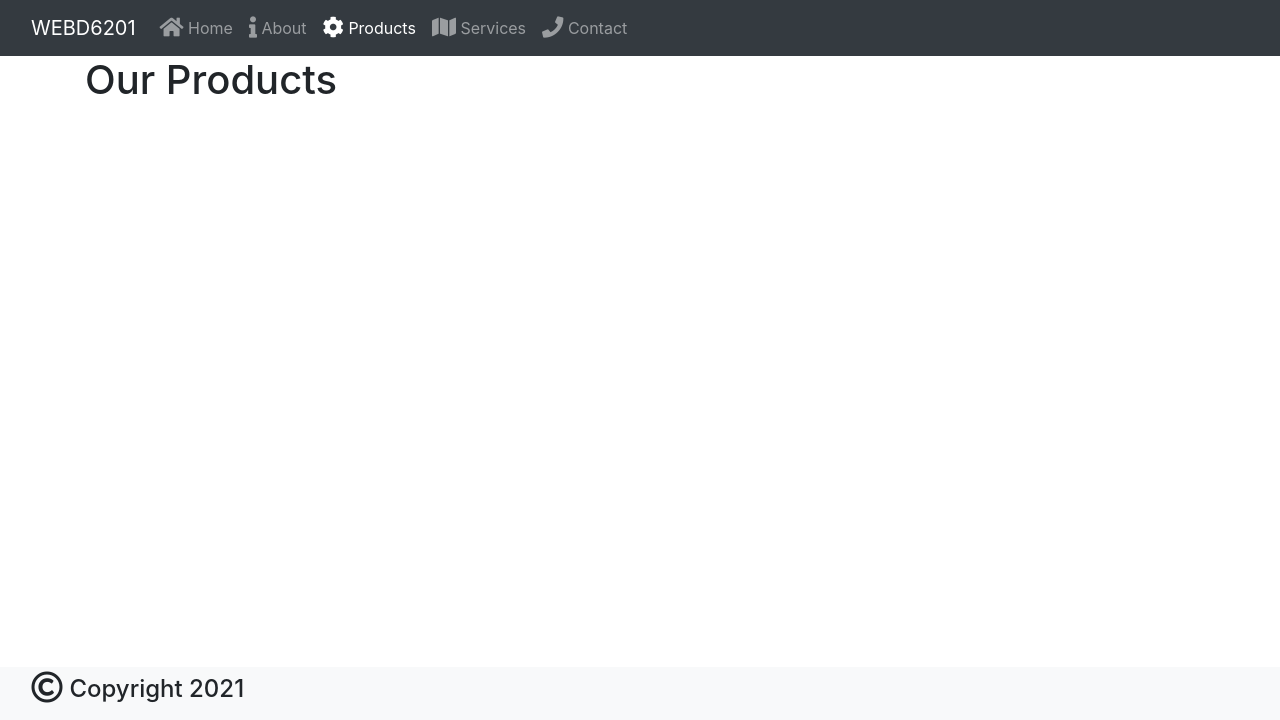
Repository: aaron33aaron/WEBD6201-W2021
Page: projects.html
These files come from the project's save history. The page is drawn as it stood at one moment and after the next save; the edit follows.
The browser window is 1280 px wide. The pictures show the whole page.

Above is the page before, as saved 2021-01-22 20:05:16.
Console error: TypeError: Cannot set properties of null (setting 'textContent')

After the next save:
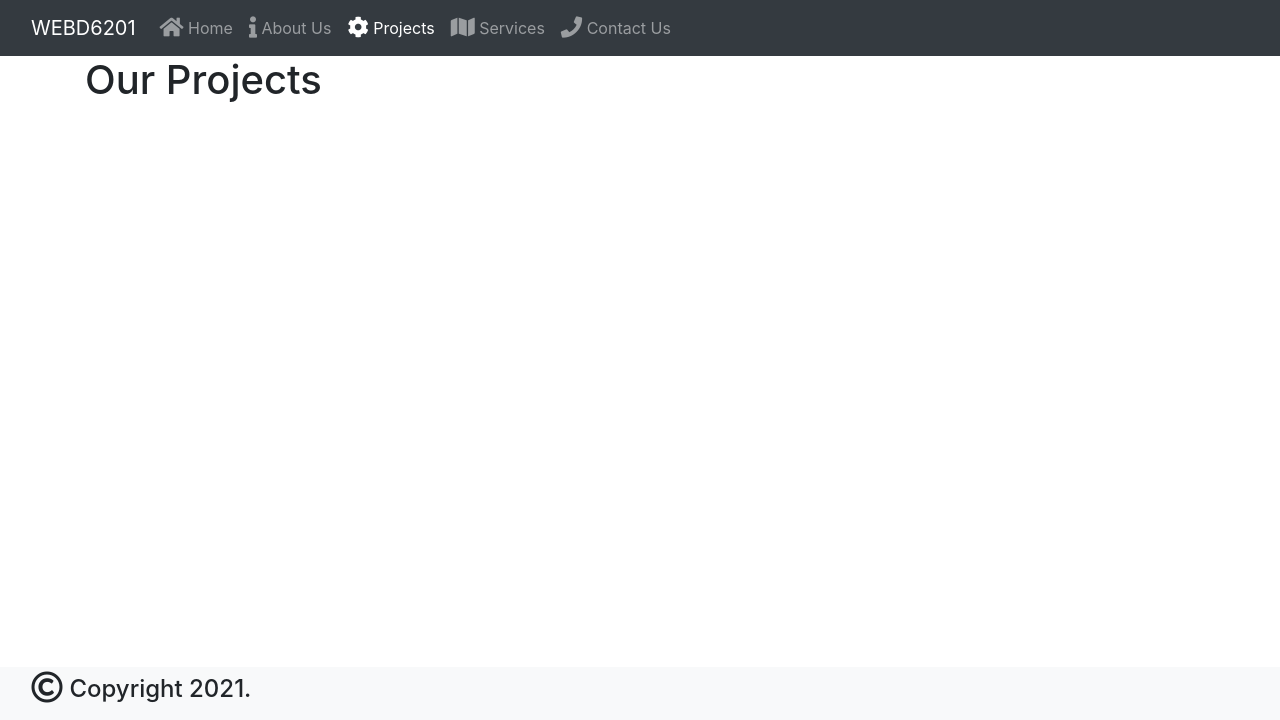
Saved 5 min 50 s later.
--- a/projects.html
+++ b/projects.html
@@ -8,66 +8,64 @@
 <head>
     <meta charset="UTF-8">
     <meta name="viewport" content="width=device-width, initial-scale=1.0">
-    <title>Products</title>
-
+    <title>Projects</title>
     <!-- CSS Section -->
     <link rel="stylesheet" href="./node_modules/bootstrap/dist/css/bootstrap.min.css">
-    <link rel="stylesheet" href="./node_modules/@fortawesome//fontawesome-free/css/all.min.css">
+    <link rel="stylesheet" href="./node_modules/@fortawesome/fontawesome-free/css/all.min.css">
     <link rel="stylesheet" href="./Content/app.css">
 </head>
 <body>
-
-    <!-- Main navigation section-->
+    <!-- Main Header -->
     <header>
-        <nav class="navbar navbar-expand-lg navbar-dark bg-dark justify-content-end">
+        <!-- Main Navigation -->
+        <nav class="navbar navbar-expand-lg navbar-dark bg-dark">
             <div class="container-fluid">
               <a class="navbar-brand" href="index.html">WEBD6201</a>
               <button class="navbar-toggler" type="button" data-bs-toggle="collapse" data-bs-target="#navbarSupportedContent" aria-controls="navbarSupportedContent" aria-expanded="false" aria-label="Toggle navigation">
                 <span class="navbar-toggler-icon"></span>
               </button>
               <div class="collapse navbar-collapse" id="navbarSupportedContent">
-
-                <ul class="navbar-nav">
-
+                <ul class="navbar-nav me-auto mb-2 mb-lg-0">
                   <li class="nav-item">
-                    <a id="home" class="nav-link" aria-current="page" href="index.html"><i class="fas fa-home fa-lg"></i> Home</a>
+                    <a class="nav-link" aria-current="page" href="index.html"><i class="fas fa-home fa-lg"></i> Home</a>
                   </li>
 
                   <li class="nav-item">
-                    <a id="about" class="nav-link" href="about.html"><i class="fas fa-info fa-lg"></i> About</a>
+                    <a class="nav-link" aria-current="page" href="about.html"><i class="fas fa-info fa-lg"></i> About Us</a>
                   </li>
 
                   <li class="nav-item">
-                    <a id="products" class="nav-link active" href="products.html"><i class="fas fa-cog fa-lg"></i> Products</a>
+                    <a class="nav-link active" aria-current="page" href="projects.html"><i class="fas fa-cog fa-lg"></i> Projects</a>
                   </li>
 
                   <li class="nav-item">
-                    <a id="services" class="nav-link" href="services.html"><i class="fas fa-map fa-lg"></i> Services</a>
+                    <a class="nav-link" aria-current="page" href="services.html"><i class="fas fa-map fa-lg"></i> Services</a>
                   </li>
 
                   <li class="nav-item">
-                    <a id="contact" class="nav-link" href="contact.html"><i class="fas fa-phone fa-lg"></i> Contact</a>
+                    <a class="nav-link" aria-current="page" href="contact.html"><i class="fas fa-phone fa-lg"></i> Contact Us</a>
                   </li>
-
                 </ul>
               </div>
             </div>
           </nav>
     </header>
 
+    <!-- Main Content -->
     <main class="container">
-        <h1>Our Products</h1>
+        <h1>Our Projects</h1>
     </main>
 
+    <!-- Main Footer -->
     <footer>
         <nav class="navbar fixed-bottom navbar-light bg-light">
             <div class="container-fluid">
-              <h4><i class="far fa-copyright fa-lg"></i> Copyright 2021</h4>
+              <h4><i class="far fa-copyright fa-lg"></i> Copyright 2021.</h4>
             </div>
           </nav>
     </footer>
 
-    <!-- JavaScript Section -->
+    <!-- Script Section-->
     <script src="./node_modules/jquery/dist/jquery.min.js"></script>
     <script src="./node_modules/bootstrap/dist/js/bootstrap.bundle.min.js"></script>
     <script src="./Scripts/app.js"></script>
